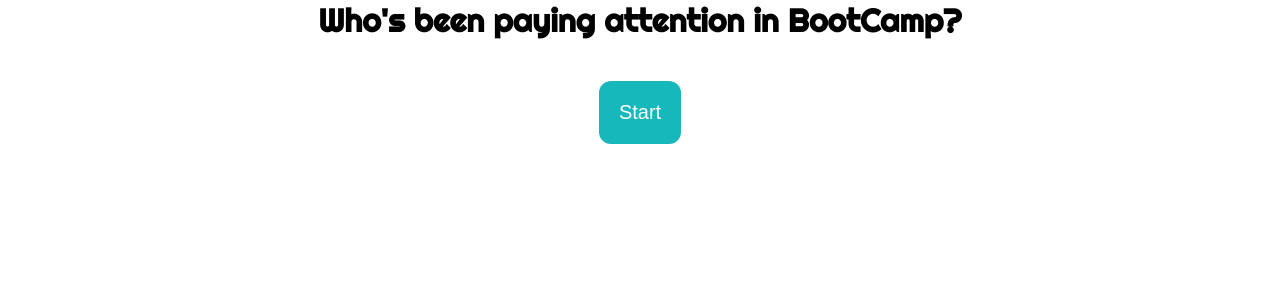
Repository: kkyler24/Quizlet
Page: Quiz.html
An editor plug-in stored every save of this project. The page is shown before and after the next save, followed by the edit.
The browser window is 1280 px wide. The pictures show the whole page.
Some web libraries are served in a nearby version.

Above is the page before, as saved 2020-03-16 01:18:37.

After the next save:
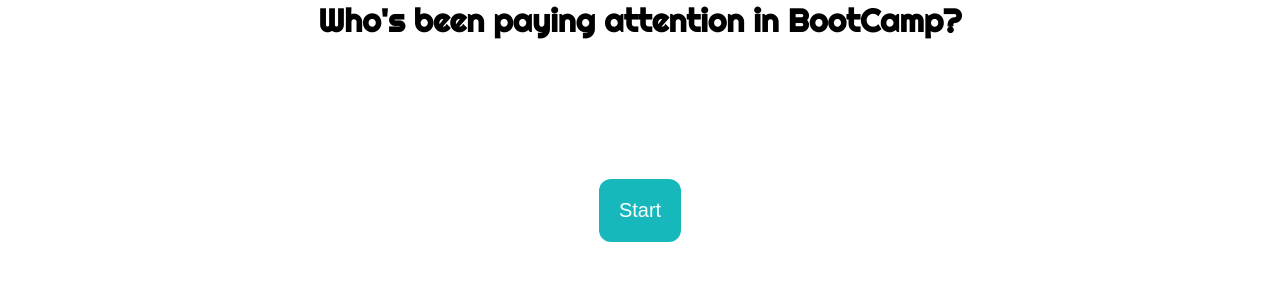
Saved 13 s later.
--- a/DevOpsFiles/Style.css
+++ b/DevOpsFiles/Style.css
@@ -62,7 +62,7 @@ font-size: 20PX;
 
 .time{
   position: relative;
-  height: 500px;
+  height: 200px;
   text-align: center;
 }
 
